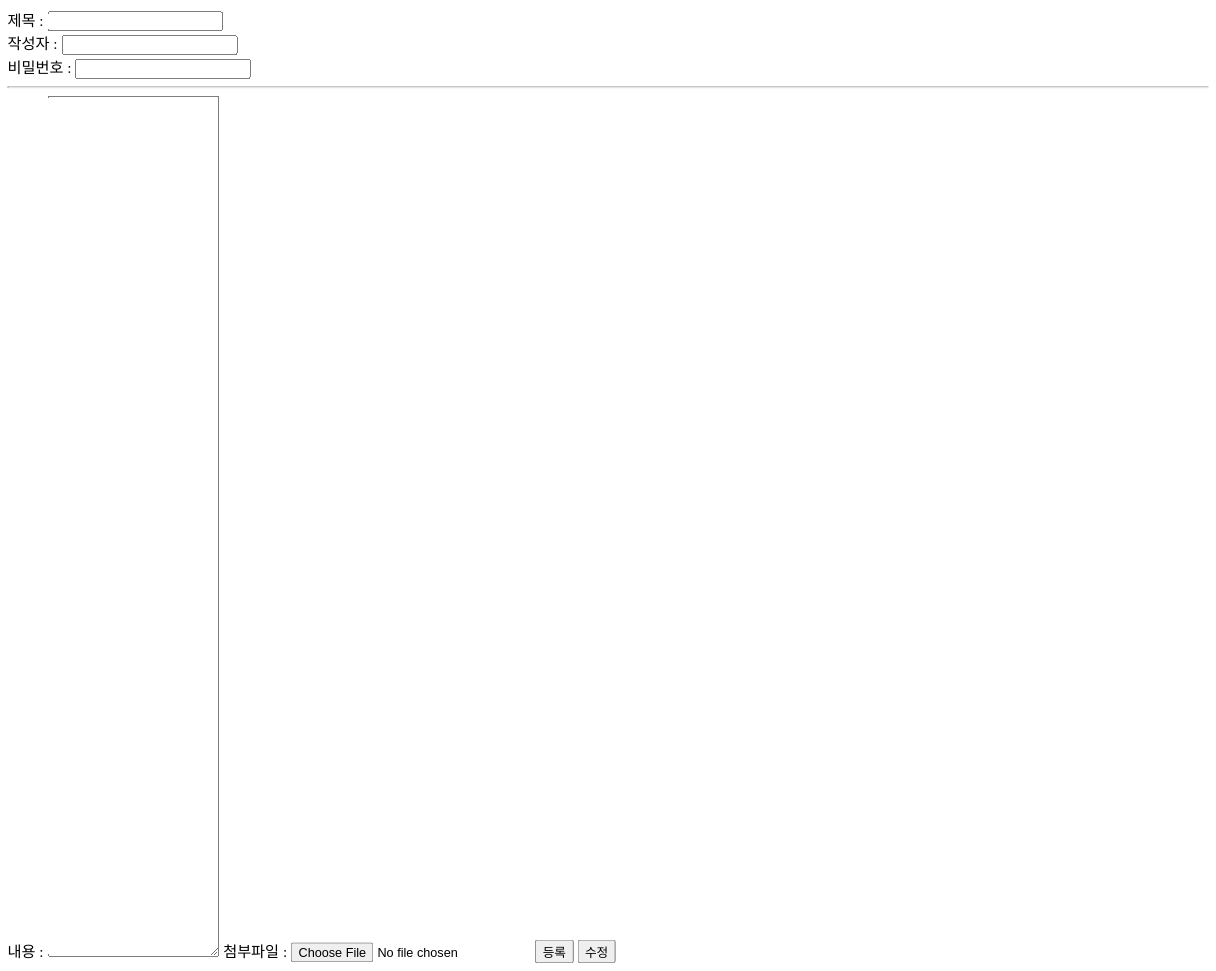
Repository: beom324/jsp-servlet
Page: http://localhost/day1227/insertBoard
An editor plug-in stored every save of this project. The page is shown before and after the next save, followed by the edit.
The browser window is 1280 px wide. The pictures show the whole page, at 95% of full size.
The page is served by Tomcat 9. Other server files are loaded and not shown.

Above is the page before, as saved 2023-12-27 03:36:37.

### day1227/src/main/webapp/insertBoard.jsp
<%@ page language="java" contentType="text/html; charset=UTF-8"
    pageEncoding="UTF-8"%>
<!DOCTYPE html>
<html>
<head>
<meta charset="UTF-8">
<title>Insert title here</title>
</head>
<body>

	제목 : <input type="text" name="title"><br>
	작성자 : <input type = "text" name="writer"><br>
	비밀번호 : <input type="password" name ="pwd"><br>
	<hr>
	내용 : <textarea rows="60" cols=""15></textarea>
	첨부파일 : <input type="file" enctype="multipart/form-data">
	<button>등록</button>
	<button>수정</button>
</body>
</html>

### day1227/src/main/java/com/sist/servlet/InsertBoard.java
package com.sist.servlet;

import java.io.File;
import java.io.IOException;

import javax.servlet.RequestDispatcher;
import javax.servlet.ServletException;
import javax.servlet.annotation.WebServlet;
import javax.servlet.http.HttpServlet;
import javax.servlet.http.HttpServletRequest;
import javax.servlet.http.HttpServletResponse;

import com.oreilly.servlet.MultipartRequest;
import com.oreilly.servlet.multipart.DefaultFileRenamePolicy;
import com.sist.dao.BoardDAO;
import com.sist.vo.BoardVO;

/**
 * Servlet implementation class InsertBoard
 */
@WebServlet("/insertBoard")
public class InsertBoard extends HttpServlet {
	private static final long serialVersionUID = 1L;

    /**
     * @see HttpServlet#HttpServlet()
     */
    public InsertBoard() {
        super();
        // TODO Auto-generated constructor stub
    }

	/**
	 * @see HttpServlet#doGet(HttpServletRequest request, HttpServletResponse response)
	 */
	protected void doGet(HttpServletRequest request, HttpServletResponse response) throws ServletException, IOException {
		String viewPage ="insertBoard.jsp";
		RequestDispatcher dispatcher = request.getRequestDispatcher(viewPage);
		dispatcher.forward(request, response);
	}

	/**
	 * @see HttpServlet#doPost(HttpServletRequest request, HttpServletResponse response)
	 */
	protected void doPost(HttpServletRequest request, HttpServletResponse response) throws ServletException, IOException {
		String path = request.getRealPath("data");
		MultipartRequest multi = new MultipartRequest(request, path,1024*1024*5,"utf-8",new DefaultFileRenamePolicy());

		BoardDAO dao = new BoardDAO();
		int no = dao.getNextNO();
		BoardVO vo = new BoardVO();
		vo.setNo(no);
		vo.setTitle(multi.getParameter("title"));
		vo.setWriter(multi.getParameter("writer"));
		vo.setPwd(multi.getParameter("pwd"));
		vo.setContent(multi.getParameter("content"));
		vo.setFname(multi.getOriginalFileName("uploadFile"));
		vo.setIp(request.getRemoteAddr());

		int re = dao.insertBoard(vo);
		String viewPage = "insertBoardOK.jsp";
		if(re!=1) {
			viewPage = "error.jsp";
			request.setAttribute("msg", "게시물 등록에 실패하였습니다");
		}

		RequestDispatcher dispatcher = request.getRequestDispatcher(viewPage);
		dispatcher.forward(request, response);


	}

}

After the next save:
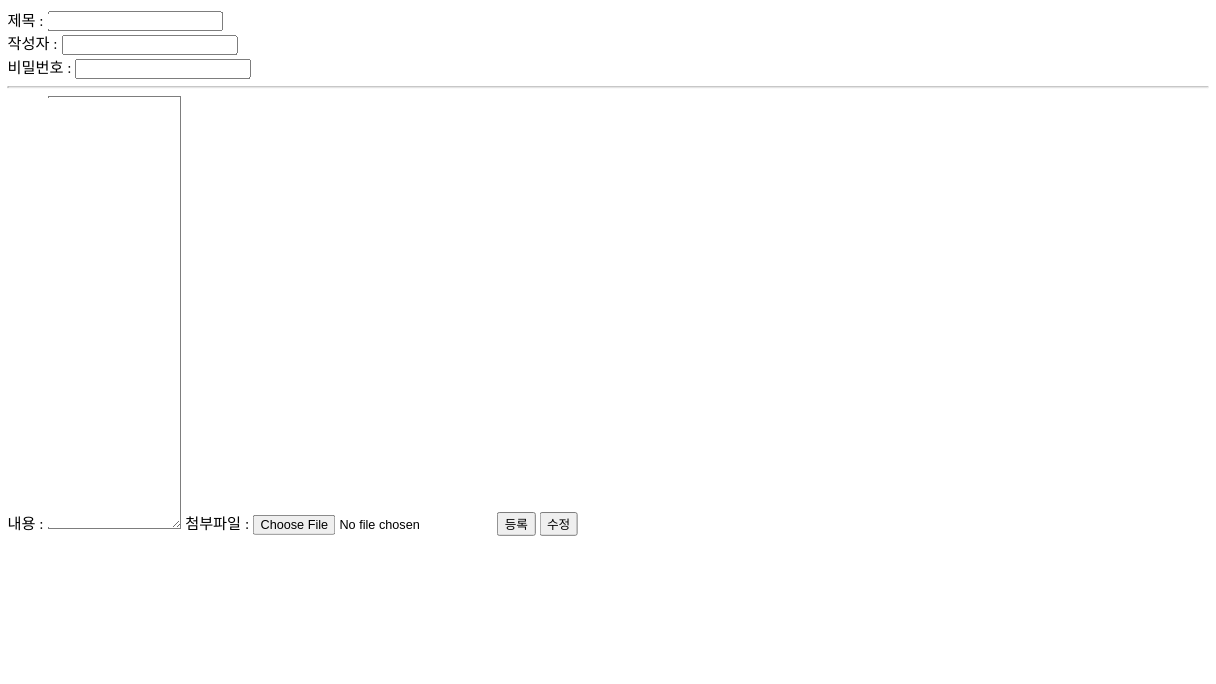
Saved 19 s later.
--- a/day1227/src/main/webapp/insertBoard.jsp
+++ b/day1227/src/main/webapp/insertBoard.jsp
@@ -12,7 +12,7 @@
 	작성자 : <input type = "text" name="writer"><br>
 	비밀번호 : <input type="password" name ="pwd"><br>
 	<hr>
-	내용 : <textarea rows="60" cols=""15></textarea>
+	내용 : <textarea rows="30" cols="15"></textarea>
 	첨부파일 : <input type="file" enctype="multipart/form-data">
 	<button>등록</button>
 	<button>수정</button>
